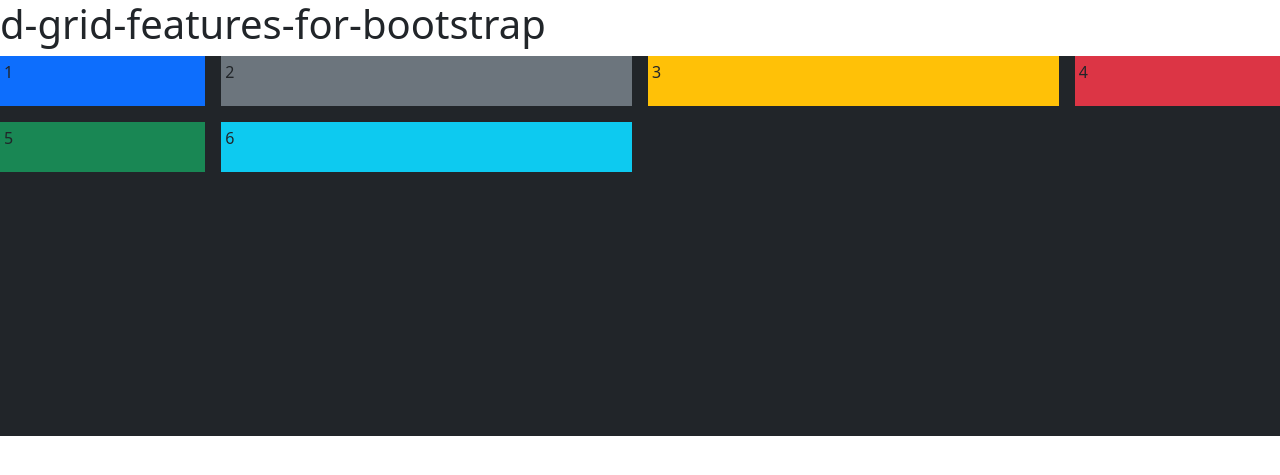
Repository: LynxPardelle/d-grid-features-for-bootstrap
Page: index.html
The author's editor kept a copy of each file at every save. The page is drawn from the files as they stood at one save, then again after the next save.
The browser window is 1280 px wide. The pictures show the whole page.

Above is the page before, as saved 2021-10-20 04:47:58.

### index.html
<!DOCTYPE html>
<html lang="en">
<head>
  <meta charset="UTF-8">
  <meta http-equiv="X-UA-Compatible" content="IE=edge">
  <meta name="viewport" content="width=device-width, initial-scale=1.0">
  <title>d-grid-features-for-bootstrap</title>
  <link href="https://cdn.jsdelivr.net/npm/bootstrap@5.1.3/dist/css/bootstrap.min.css" rel="stylesheet" integrity="sha384-1BmE4kWBq78iYhFldvKuhfTAU6auU8tT94WrHftjDbrCEXSU1oBoqyl2QvZ6jIW3" crossorigin="anonymous">
</head>
<body>
  <h1>d-grid-features-for-bootstrap</h1>

  <!-- <section class="d-grid bg-dark" data-gfbs data-gfbs-gtc="repeat(4, 1fr)" data-gfbs-gtr="repeat(2, 100px)" > -->
    <!-- <section class="d-grid bg-dark" data-gfbs data-gfbs-gta='"f f b c c a"" f f d e e a"'> -->
      <section class="d-grid bg-dark" data-gfbs data-gfbs-gt='
      [row1-start] "a a b ." 50px [row1-end]
      [row2-start] "a a b ." 50px [row2-end]
      [row3-start] "c c b d" 50px [row3-end]
      [row4-start] "c c b d" 50px [row4-end]
      [row5-start] "e e e d" 50px [row5-end]
      [row6-start] ". f f f" 50px [row6-end]
      / 1fr 2fr 2fr 1fr'
      data-gfbs-g="1rem"
      >
      <!-- data-gfbs-cg="1rem"
      data-gfbs-rg="1rem" -->
    <div data-gfbs data-gfbs-ga="a" class="grid-element bg-primary p-1">
      1
    </div>

    <div data-gfbs data-gfbs-ga="b" class="grid-element bg-secondary p-1">
      2
    </div>
    <div data-gfbs data-gfbs-ga="c" class="grid-element bg-warning p-1">
      3
    </div>
    <div data-gfbs data-gfbs-ga="d" class="grid-element bg-danger p-1">
      4
    </div>
    <div data-gfbs data-gfbs-ga="e" class="grid-element bg-success p-1">
      5
    </div>
    <div data-gfbs data-gfbs-ga="f" class="grid-element bg-info p-1">
      6
    </div>
  </section>

  <script src="https://cdn.jsdelivr.net/npm/bootstrap@5.1.3/dist/js/bootstrap.bundle.min.js" integrity="sha384-ka7Sk0Gln4gmtz2MlQnikT1wXgYsOg+OMhuP+IlRH9sENBO0LRn5q+8nbTov4+1p" crossorigin="anonymous"></script>
  <script src="./d-grid.js"></script>
</body>
</html>

### d-grid.js
"use strict";

let gridElements = document.querySelectorAll("[data-gfbs]");
console.log(gridElements);

for (let gridElement of gridElements) {
  for (let attribute of gridElement.attributes) {
    if (attribute.localName.includes("gfbs-")) {

      console.log(attribute);

      let at = attribute.localName
      let attValue = attribute.value;
      console.log(attValue);
      console.log(typeof attValue);
      switch(true){
        /* Container */
        case at.includes("custom"):
          gridElement.style.cssText += attValue;
        break;
        case at.includes("gtc"):
          gridElement.style.gridTemplateColumns = attValue;
        break;
        case at.includes("gtr"):
          gridElement.style.gridTemplateRows = attValue;
        break;
        case at.includes("gta"):
          gridElement.style.gridTemplateAreas = attValue;
        break;
        case at.includes("gt"):
          gridElement.style.gridTemplate = attValue;
        break;
        case at.includes("cg"):
          gridElement.style.columnGap = attValue;
        break;
        case at.includes("rg"):
          gridElement.style.rowGap = attValue;
        break;
        case at.includes("g"):
          gridElement.style.gap = attValue;
        break;

        /* Item */
        case at.includes("ga"):
          gridElement.style.gridArea = attValue;
        break;
      }
    }
  }
}

After the next save:
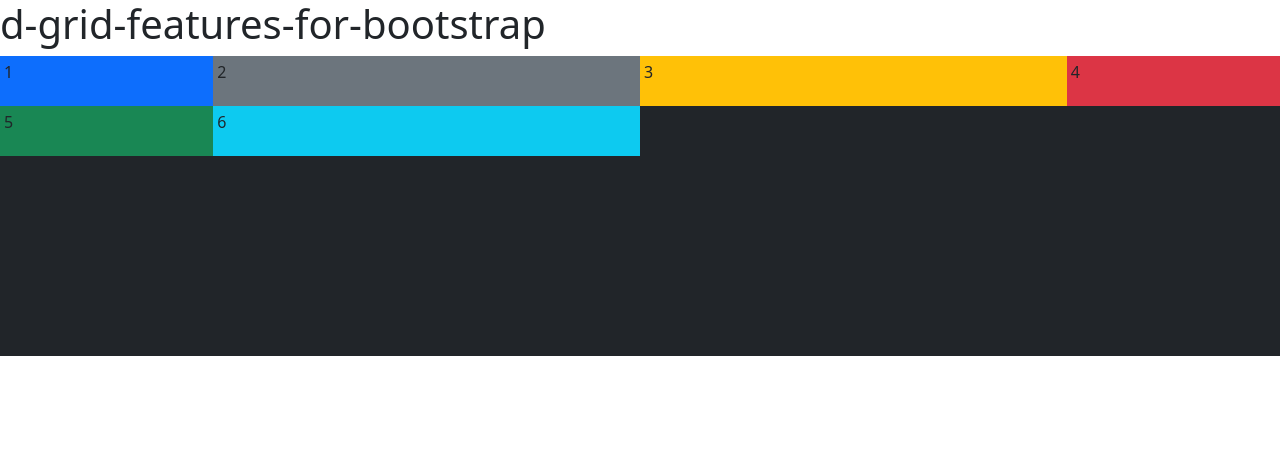
Saved 18 s later.
--- a/d-grid.js
+++ b/d-grid.js
@@ -36,7 +36,7 @@ for (let gridElement of gridElements) {
         case at.includes("rg"):
           gridElement.style.rowGap = attValue;
         break;
-        case at.includes("g"):
+        case at.includes("ga"):
           gridElement.style.gap = attValue;
         break;
 

After the save that followed:
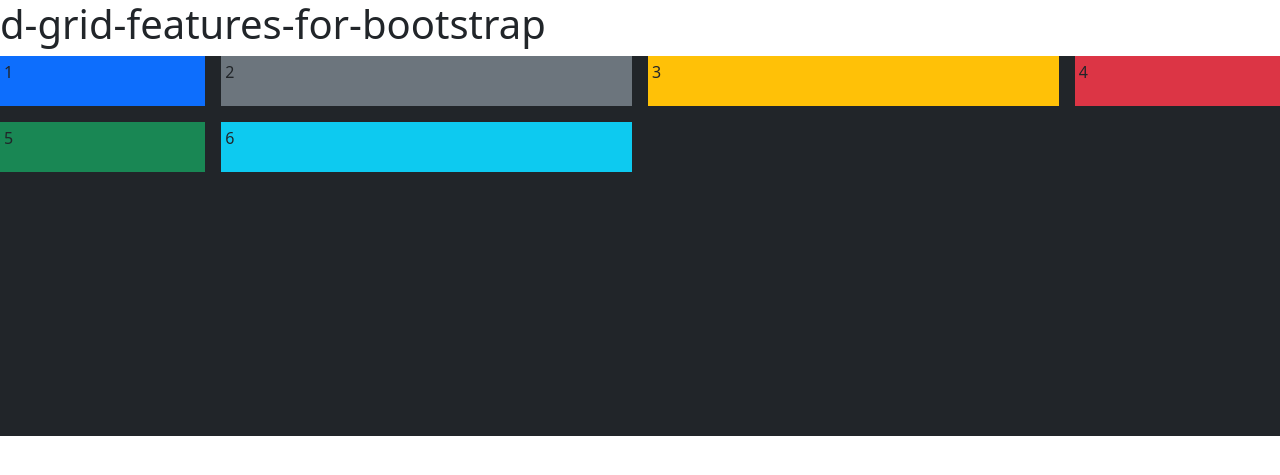
Saved 1 s later.
--- a/index.html
+++ b/index.html
@@ -20,7 +20,7 @@
       [row5-start] "e e e d" 50px [row5-end]
       [row6-start] ". f f f" 50px [row6-end]
       / 1fr 2fr 2fr 1fr'
-      data-gfbs-g="1rem"
+      data-gfbs-ga="1rem"
       >
       <!-- data-gfbs-cg="1rem"
       data-gfbs-rg="1rem" -->
